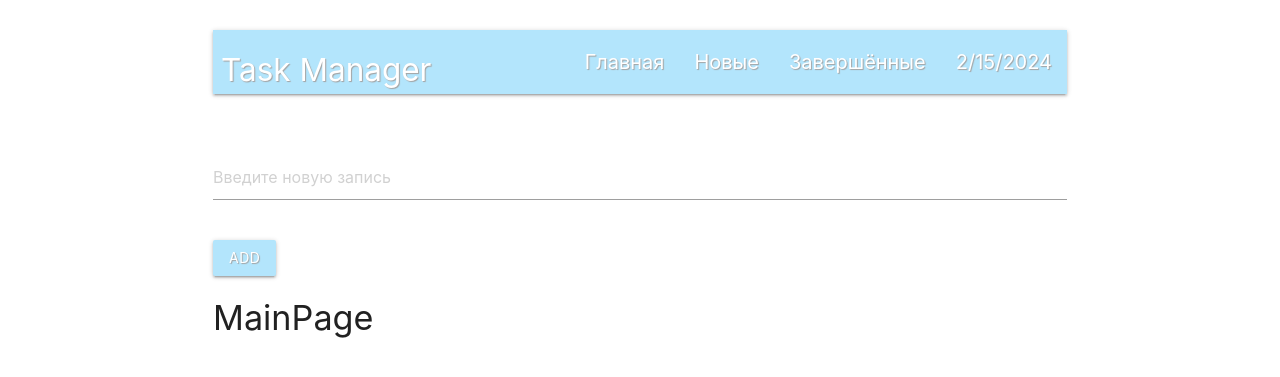
Repository: iveivs/myReactTaskManager
Page: /
These files come from the project's save history. The page is drawn as it stood at one moment and after a run of saves; the edit follows.
The browser window is 1280 px wide. The pictures show the whole page.
The project was rebuilt for these pictures with package versions that can differ from the ones it lists, and the page was loaded fresh each time. Also part of the build but not shown: vite.config.js, src/components/DoneTasks.jsx, src/components/NewTasks.jsx.

Above is the page before, as saved 2024-02-15 15:20:23.

After the next 6 saves:
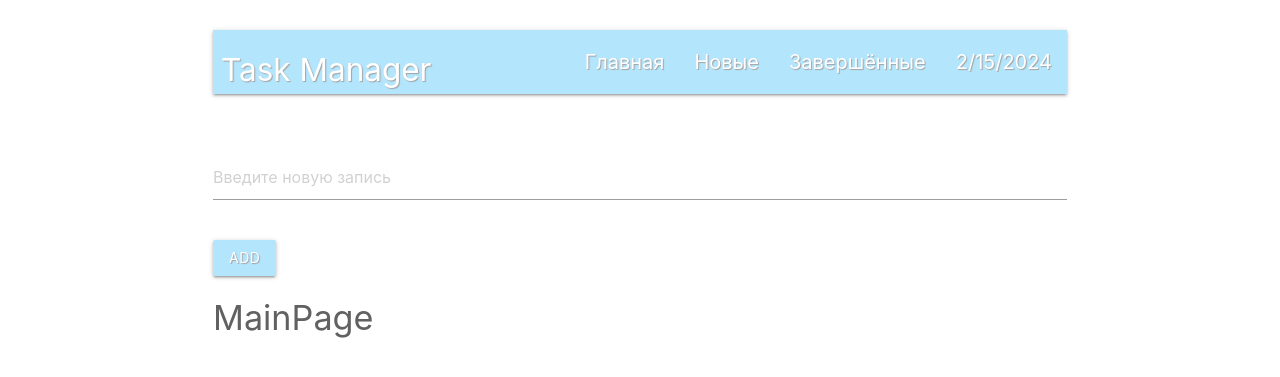
The 6 saves are shown as one change because they came seconds apart.
The last was saved 21 s later.
--- a/src/index.css
+++ b/src/index.css
@@ -23,6 +23,9 @@
 nav {
     margin-bottom: 60px;
 }
+.textTitle {
+    color: #616161;
+}
 /* nav {
     background-color: #b3e5fc
 } */
